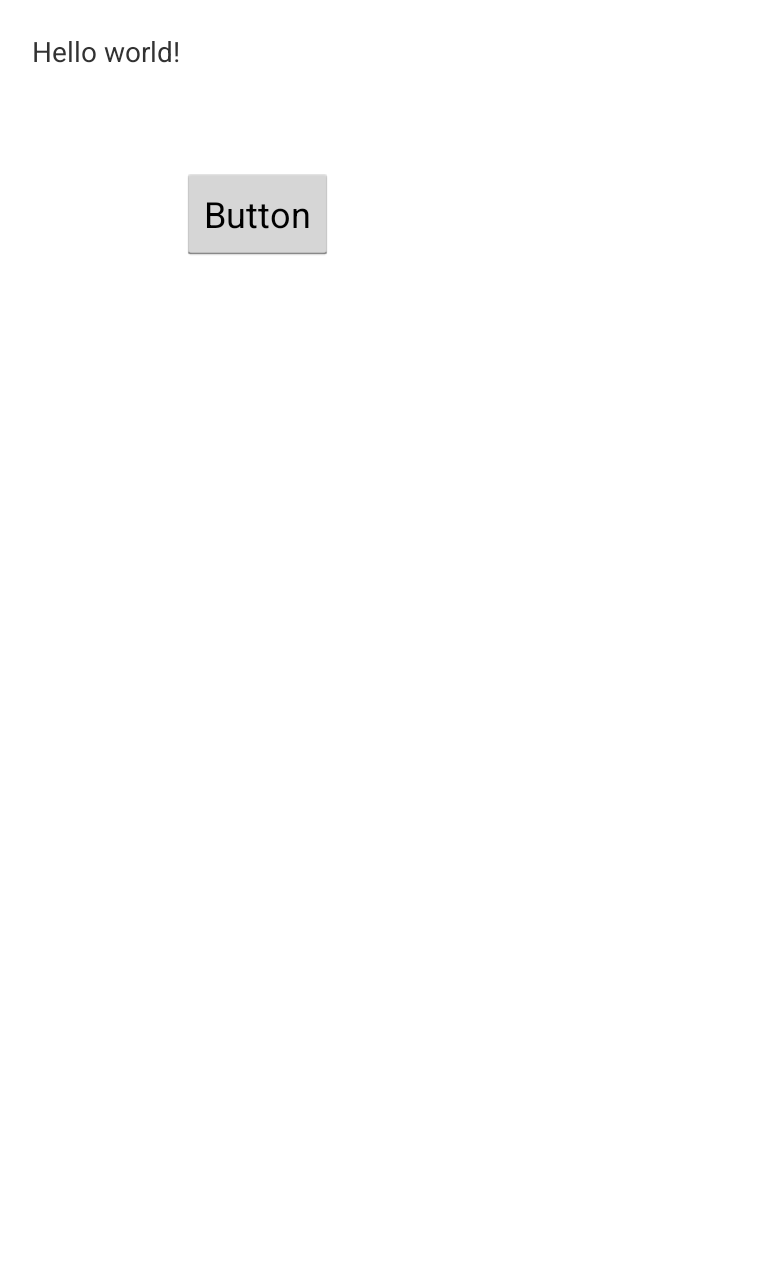
Repository: zhaoguoquan94/Purified
Layout: Android/Qwe/res/layout/activity_main_activity2.xml
An editor plug-in stored every save of this project. The layout is shown before and after the next save, followed by the edit.
It is drawn on a 768 x 1280 px phone screen (xhdpi) without system bars, with theme AppTheme; the app's code is not run.

Above is the layout before, as saved 2014-05-20 03:54:19.

After the next save:
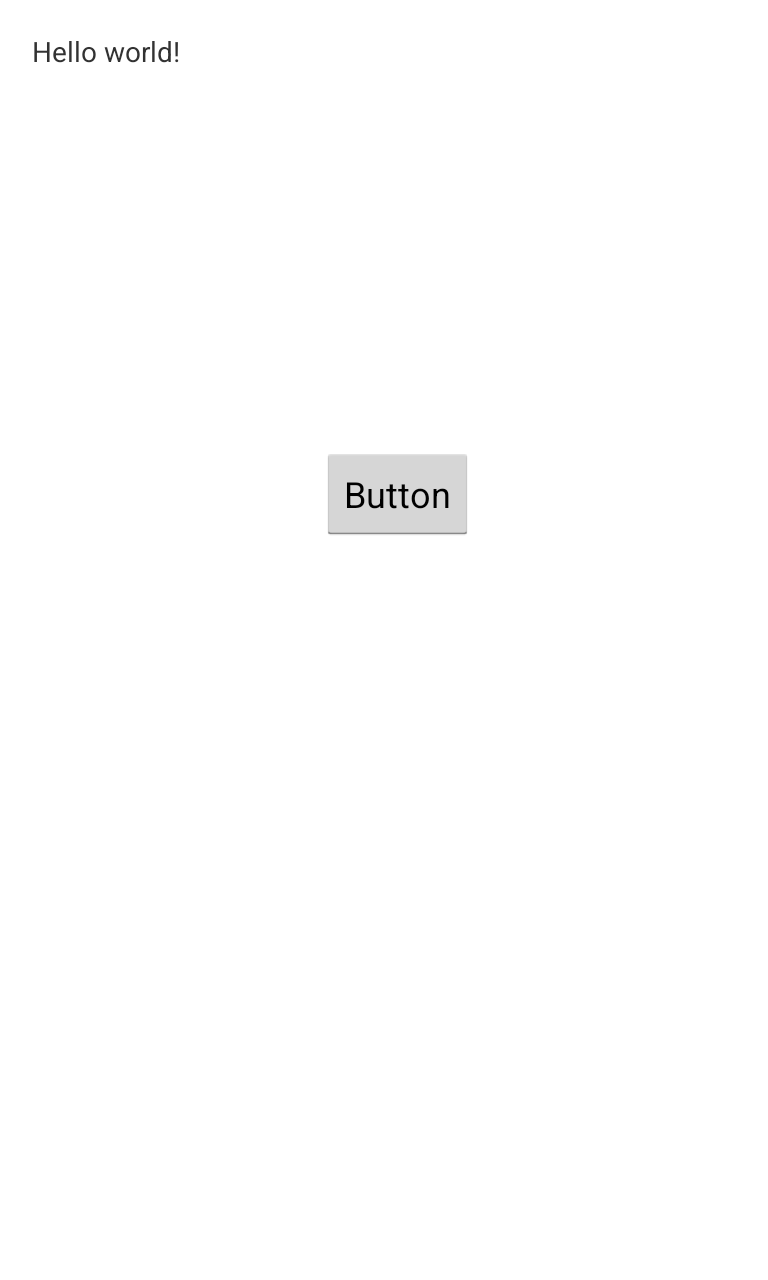
Saved 115 s later.
--- a/Android/Qwe/res/layout/activity_main_activity2.xml
+++ b/Android/Qwe/res/layout/activity_main_activity2.xml
@@ -6,7 +6,7 @@
     android:paddingLeft="@dimen/activity_horizontal_margin"
     android:paddingRight="@dimen/activity_horizontal_margin"
     android:paddingTop="@dimen/activity_vertical_margin"
-    tools:context=".MainActivity2" >
+    tools:context=".MainActivity" >
 
     <TextView
         android:id="@+id/textView1"
@@ -19,7 +19,8 @@
         android:layout_width="wrap_content"
         android:layout_height="wrap_content"
         android:layout_below="@+id/textView1"
-        android:layout_marginTop="48dp"
+        android:layout_marginLeft="70dp"
+        android:layout_marginTop="188dp"
         android:layout_toRightOf="@+id/textView1"
         android:text="Button" />
 
